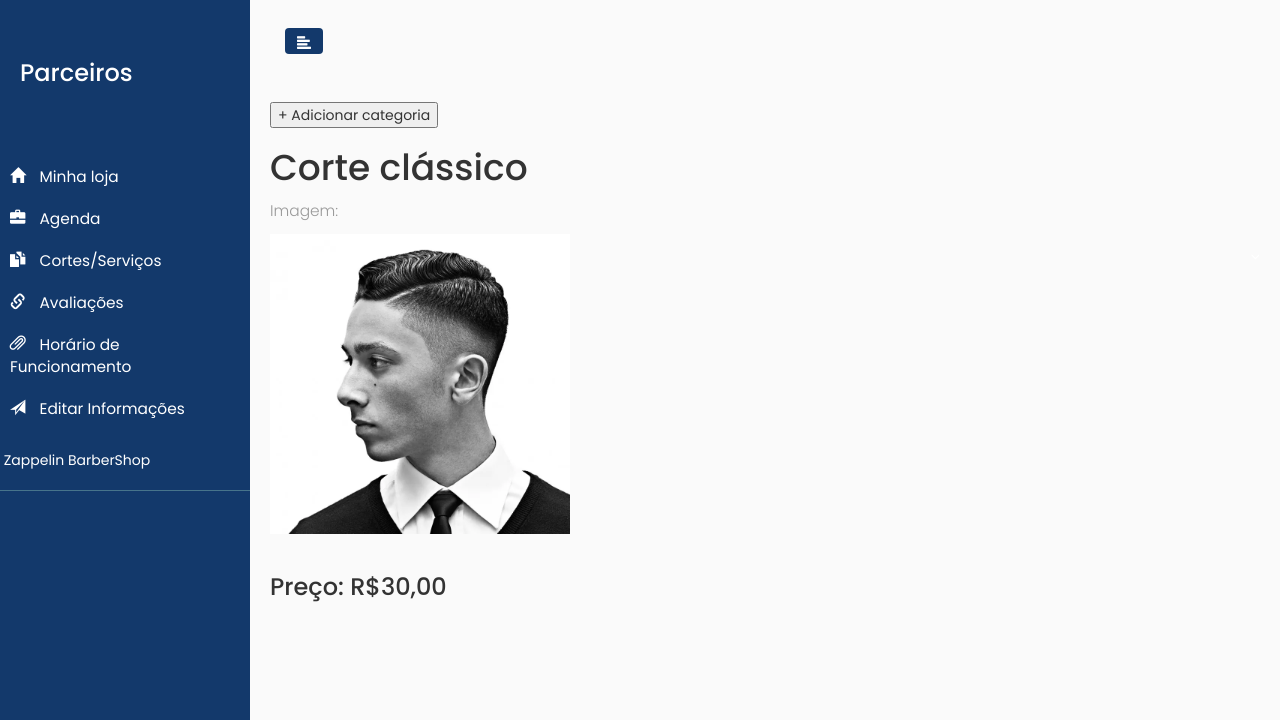
Repository: aquilesascar/barberconnect
Page: http://localhost/corteclassico.php
The author's editor kept a copy of each file at every save. The page is drawn from the files as they stood at one save, then again after the next save.
The browser window is 1280 px wide. The pictures show the whole page.
The page is run by PHP 8.4 with error messages shown; the project is at /var/www/html/.

Above is the page before, as saved 2023-10-09 14:38:22.

### corteclassico.php
<!DOCTYPE html>
<html>

<head>
    <meta charset="utf-8">
    <meta name="viewport" content="width=device-width, initial-scale=1.0">
    <meta http-equiv="X-UA-Compatible" content="IE=edge">

    <title>Barra de tarefas</title>

    <!-- Bootstrap CSS CDN -->
    <link rel="stylesheet" href="https://maxcdn.bootstrapcdn.com/bootstrap/3.3.7/css/bootstrap.min.css">
    <!-- Our Custom CSS -->
    <link rel="stylesheet" href="../TCC/assets/css/style4.css">

</head>

<body>
    <div class="wrapper">
        <?php
        //INCLUSÃO DO MENU
        include_once('menu.php');
        ?>
        <!-- Page Content Holder -->
        <div id="content">


            <div class="container-fluid">

                <div class="navbar-header">
                    <button type="button" id="sidebarCollapse" class="btn btn-info navbar-btn">
                        <i class="glyphicon glyphicon-align-left"></i>

                    </button>
                </div>

                <div class="collapse navbar-collapse" id="bs-example-navbar-collapse-1">

                </div>
            </div>
            </nav>
            <br><br>
            <button class="categoria">+ Adicionar categoria</button>














            <h1>Corte clássico</h1>
            <p>Imagem:</p>
            <img src="../TCC/assets/img/classiccorte.webp" alt="" class="img">
            <style>
                .img {
                    width: 300px;
                    height: auto;
                }
            </style>
            <h3>Preço: R$30,00</h3>

        </div>
    </div>

    <!-- jQuery CDN -->
    <script src="https://code.jquery.com/jquery-1.12.0.min.js"></script>
    <!-- Bootstrap Js CDN -->
    <script src="https://maxcdn.bootstrapcdn.com/bootstrap/3.3.7/js/bootstrap.min.js"></script>

    <script type="text/javascript">
        $(document).ready(function() {
            $('#sidebarCollapse').on('click', function() {
                $('#sidebar').toggleClass('active');
            });
        });
    </script>
</body>

</html>

### menu.php
<nav id="sidebar">
    <div class="sidebar-header">
        <h3>Parceiros</h3>
        <strong>BC</strong>
    </div>

    <ul class="list-unstyled components">
        <li>
            <a href="index4.php">
                <i class="glyphicon glyphicon-home"></i>
                Minha loja
            </a>

        </li>
        <li>
            <a href="agenda.php">
                <i class="glyphicon glyphicon-briefcase"></i>
                Agenda
            </a>

            <a href="corteclassico.php" aria-expanded="false">
                <i class="glyphicon glyphicon-duplicate"></i>
                Cortes/Serviços
            </a>
        </li>
        <li>
            <a href="avaliacoes.php">
                <i class="glyphicon glyphicon-link"></i>
                Avaliações
            </a>
        </li>
        <li>
            <a href="horario.php">
                <i class="glyphicon glyphicon-paperclip"></i>
                Horário de Funcionamento
            </a>
        </li>
        <li>
            <a href="#">
                <i class="glyphicon glyphicon-send"></i>
                Editar Informações
            </a>
        </li>
        <li>
            <a href="#"></a>
            <i class="glyphicon glyphicon-logout"></i>
            Zappelin BarberShop
        </li>
    </ul>

</nav>

### assets/css/style4.css
@import "https://fonts.googleapis.com/css?family=Poppins:300,400,500,600,700";

.form-check form-switch {
    text-align: justify;
}

h2 {
    padding-top: 20px;
}

h3 {
    padding-bottom: 20px;
    padding-top: 20px;
}

#sidebarCollapse {
    display: flex;
    align-items: center;
    justify-content: center;
}

#sidebarCollapse:hover {

    background-color: #05234b;
    color: white;
    align-items: center;
}

#lorem{
    color: #fafafa;
    font-size: 14px;
    user-select: none; /* Evita a seleção de texto */
    cursor: default;   /* Mantém o cursor padrão */
}


.coverImg {
    display: flex;
    justify-content: center;
}

.cover {
    border-radius: 8px;
}

.images {
    padding-bottom: 6% !important;
}

.linha{
    padding-bottom: 3%;
}

.filtros button {
    align-items: center !important;
    justify-content: center;
    border-radius: 25px !important;
    padding: 5px 17px;
    background-color: transparent;
    border-color: #8c8c8c !important;
    color: #8c8c8c;
    font-size: 16px !important;
    margin-right: 20px;
    font-weight: 450;
}

.filtros button:hover {
    background-color: transparent !important;
    /* Remove a mudança de cor de fundo */
    border-color: #6a6a6a !important;
    /* Remove a mudança de cor da borda */
    color: #6a6a6a !important;
    /* Remove a mudança de cor do texto */
}

.btn-primary {
    align-items: center !important;
    justify-content: center;
    border-radius: 5px !important;
    background-color: transparent;
    border-color: #080808 !important;
    color: #8c8c8c;
    font-size: 13px;
    margin-right: 20px;
    font-weight: 450;
}

.btn-primary:hover {
    background-color: transparent !important;
    /* Remove a mudança de cor de fundo */
    border-color: #6a6a6a !important;
    /* Remove a mudança de cor da borda */
    color: #6a6a6a !important;
    /* Remove a mudança de cor do texto */
}

.filtros {
    padding-bottom: 1%;

}

.divForm {
    margin-left: 10%;
    margin-right: 10%;
    border-radius: 6px;
    background-color: white;
    position: relative;
}

.divTable {
    border-radius: 6px;
    background-color: white;
    position: relative;
    box-shadow: 0 4px 8px 0 rgba(0, 0, 0, 0.2);
}

.divTable table {
    width: 100%;
    border-collapse: collapse;
    font-family: Arial, sans-serif;
}

.divTable th {
    background-color: #13396B;
    color: white;
    padding: 10px;
    text-align: center;
}

.divTable td {
    padding: 18px;
    text-align: center;
    border-bottom: 1px solid #ddd;
}

.divTable tr:hover {
    background-color: #f5f5f5;
}

.divTable caption {
    caption-side: top;
    text-align: center;
    font-weight: bold;
}


.barberItem {
    box-sizing: border-box;
    width: calc(100% / 3 - 10px);
    height: 200px;
    display: inline-block;
    position: relative;
    border-radius: 15px; /* Adiciona bordas arredondadas */
    box-shadow: 0 4px 8px 0 rgba(0,0,0,0.2); /* Adiciona sombra */
    transition: transform 0.4s ease, box-shadow 0.2s ease;
    background-color: #ffffff; /* Adiciona cor de fundo */
    padding: 10px 20px;
    margin-right: 6px;
    margin-bottom: 20px; /* Espaçamento entre as linhas */
}

.barberItem:hover {
    border-color: #6a6a6a !important;
    cursor: pointer;
}

.barberItem p {
    padding-left: 15%;
    font-size: 20px !important;
    padding-bottom: 20% !important;
    display: inline-block !important;
}

.barberText {
    margin-left: 85px;
    font-size: 24px;
    align-items: center;
    position: relative;
    top: -78px;
}

.description {
    padding-top: 4%;
}

.itemDescription {
    color: #8c8c8c;
    display: block;
    padding-bottom: 5%;
}

.price {
    padding-top: 5%;
    font-weight: 700;
    font-size: 20px;
}

.infos {
    position: relative;
    top: -1px;
    display: flex;
    justify-content: space-between;
    /* Isso substituirá a necessidade de float: right; */
}

.rightInfo {
    clear: both;
}

.itemName {
    font-size: 20px;
    font-weight: 600;
    position: relative;
}

.bi-star-fill {
    font-size: 16px;

}

.barberInfo {
    padding-top: 5%;
    font-size: 16px;
}

.avaliacao {
    color: rgb(255, 213, 0);
    text-decoration: underline;
    transition: color 0.2s ease;
}

.avaliacao:hover {
    cursor: pointer;
    color: rgb(251, 209, 0);
}

.distancia {
    color: rgba(0, 0, 0, 0.45);
}

.barberText {
    padding-top: 3px;
    font-size: 16px;
}

.barberName {
    font-size: 24px;
    font-weight: 700;
    position: relative;

}

.images img {
    padding-right: 3% !important;
}

body {
    font-family: 'Poppins', sans-serif;
    background: #fafafa;
}

p {
    font-family: 'Poppins', sans-serif;
    font-size: 1.1em;
    font-weight: 300;
    line-height: 1.7em;
    color: #999;
}

a,
a:hover,
a:focus {
    color: inherit;
    text-decoration: none;
    transition: all 0.3s;
}

.navbar {
    padding: 15px 10px;
    background: #fff;
    border: none;
    border-radius: 0;
    margin-bottom: 40px;
    box-shadow: 1px 1px 3px rgba(0, 0, 0, 0.1);
}

.minImg {
    position: absolute;
    right: 0;
    top: 50%;
    transform: translateY(-50%);
    padding-right: 5%;

}


.images img {
    padding-right: 3% !important;
}

.navbar-btn {
    box-shadow: none;
    outline: none !important;
    border: none;
    color: #ffffff;
    background-color: #13396B;
}

.line {
    width: 100%;
    height: 1px;
    border-bottom: 1px dashed #ddd;
    margin: 40px 0;
}

i,
span {
    display: inline-block;
}

/* ---------------------------------------------------
    SIDEBAR STYLE
----------------------------------------------------- */
.wrapper {
    display: flex;
    height: 100%;
    /*align-items: stretch;*/
}

#agenda {
    background-color: #13396B !important;
    color: white;
    cursor: default;
}

#thData:hover {
    cursor: pointer;
}

#sidebar {
    min-width: 250px;
    max-width: 250px;
    background: #13396B;
    color: #ffffff;
    transition: all 0.3s;
}

#sidebar.active {
    min-width: 80px;
    max-width: 80px;
    text-align: center;
}

#sidebar.active .sidebar-header h3,
#sidebar.active .CTAs {
    display: none;
}

#sidebar.active .sidebar-header strong {
    display: block;
}

#sidebar ul li a {
    text-align: left;
}

#sidebar.active ul li a {
    padding: 20px 10px;
    text-align: center;
    font-size: 0.85em;
}

#sidebar.active ul li a i {
    margin-right: 0;
    display: block;
    font-size: 1.8em;
    margin-bottom: 5px;
}

#sidebar.active ul ul a {
    padding: 10px !important;
}

#sidebar.active a[aria-expanded="false"]::before,
#sidebar.active a[aria-expanded="true"]::before {
    top: auto;
    bottom: 5px;
    right: 50%;
    -webkit-transform: translateX(50%);
    -ms-transform: translateX(50%);
    transform: translateX(50%);
}

#sidebar .sidebar-header {
    padding: 20px;
    background: #13396B;
}

#sidebar .sidebar-header strong {
    display: none;
    font-size: 1.8em;
}

#sidebar ul.components {
    padding: 20px 0;
    border-bottom: 1px solid #47748b;
}

#sidebar ul li a {
    padding: 10px;
    font-size: 1.1em;
    display: block;
}

#sidebar ul li a:hover {
    color: #13396B;
    background: #fff;
}

#sidebar ul li a i {
    margin-right: 10px;
}

#sidebar ul li.active>a,
a[aria-expanded="true"] {
    color: #fff;
    background: #13396B;
}


a[data-toggle="collapse"] {
    position: relative;
}

a[aria-expanded="false"]::before,
a[aria-expanded="true"]::before {
    content: '\e259';
    display: block;
    position: absolute;
    right: 20px;
    font-family: 'Glyphicons Halflings';
    font-size: 0.6em;
}

a[aria-expanded="true"]::before {
    content: '\e260';
}


ul ul a {
    font-size: 0.9em !important;
    padding-left: 30px !important;
    background: #13396B;
}

ul.CTAs {
    padding: 20px;
}

ul.CTAs a {
    text-align: center;
    font-size: 0.9em !important;
    display: block;
    border-radius: 5px;
    margin-bottom: 5px;
}

a.download {
    background: #13396B;
    color: #13396B;
}

a.article,
a.article:hover {
    background: #13396B !important;
    color: #fff !important;
}

#imgCorte {
    width: 100px;
}

/* ---------------------------------------------------
    CONTENT STYLE
----------------------------------------------------- */
#content {
    padding: 20px;
    min-height: 100vh;
    transition: all 0.3s;
}


/* ---------------------------------------------------
    MEDIAQUERIES
----------------------------------------------------- */
@media (max-width: 768px) {
    #sidebar {
        min-width: 80px;
        max-width: 80px;
        text-align: center;
        margin-left: -80px !important;
    }

    a[aria-expanded="false"]::before,
    a[aria-expanded="true"]::before {
        top: auto;
        bottom: 5px;
        right: 50%;
        -webkit-transform: translateX(50%);
        -ms-transform: translateX(50%);
        transform: translateX(50%);
    }

    #sidebar.active {
        margin-left: 0 !important;
    }

    #sidebar .sidebar-header h3,
    #sidebar .CTAs {
        display: none;
    }

    #sidebar .sidebar-header strong {
        display: block;
    }

    #sidebar ul li a {
        padding: 20px 10px;
    }

    #sidebar ul li a span {
        font-size: 0.85em;
    }

    #sidebar ul li a i {
        margin-right: 0;
        display: block;
    }

    #sidebar ul ul a {
        padding: 10px !important;
    }

    #sidebar ul li a i {
        font-size: 1.3em;
    }

    #sidebar {
        margin-left: 0;
    }

    #sidebarCollapse span {
        display: none;
    }
}

After the next save:
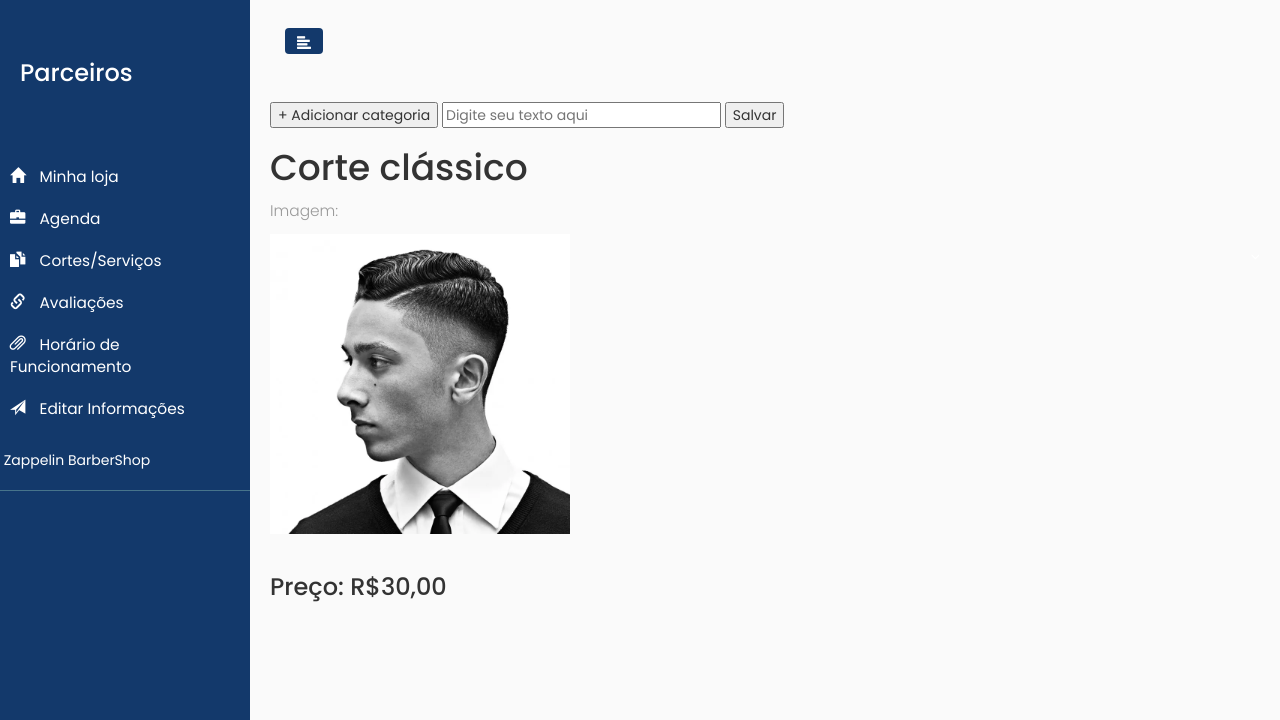
Saved 6 s later.
--- a/corteclassico.php
+++ b/corteclassico.php
@@ -47,6 +47,9 @@
 
 
 
+            <input type="text" id="textoInput" placeholder="Digite seu texto aqui">
+<button onclick="salvarTexto()">Salvar</button>
+<div id="textoSalvo"></div>
 
 
 
